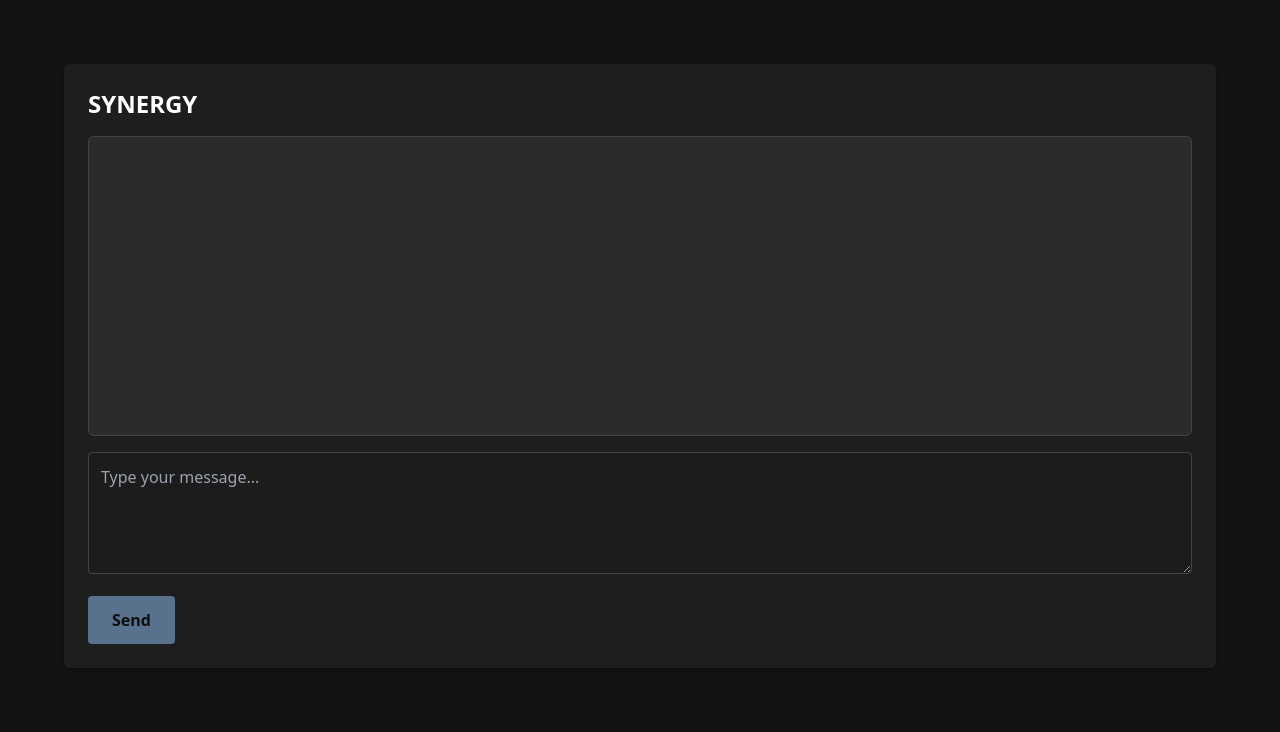
Repository: Theanh0410/Pre-thesis
Page: / (app in LLM/client/)
These files come from the project's save history. The page is drawn as it stood at one moment and after the next save; the edit follows.
The browser window is 1280 px wide. The pictures show the whole page.
The project was rebuilt for these pictures with package versions that can differ from the ones it lists, and the page was loaded fresh each time. The framework's server and built-in components were replaced by stand-ins that run in the browser. Also part of the build but not shown: LLM/client/next.config.js, LLM/client/next.config.mjs.

Above is the page before, as saved 2025-04-11 20:49:13.

After the next save:
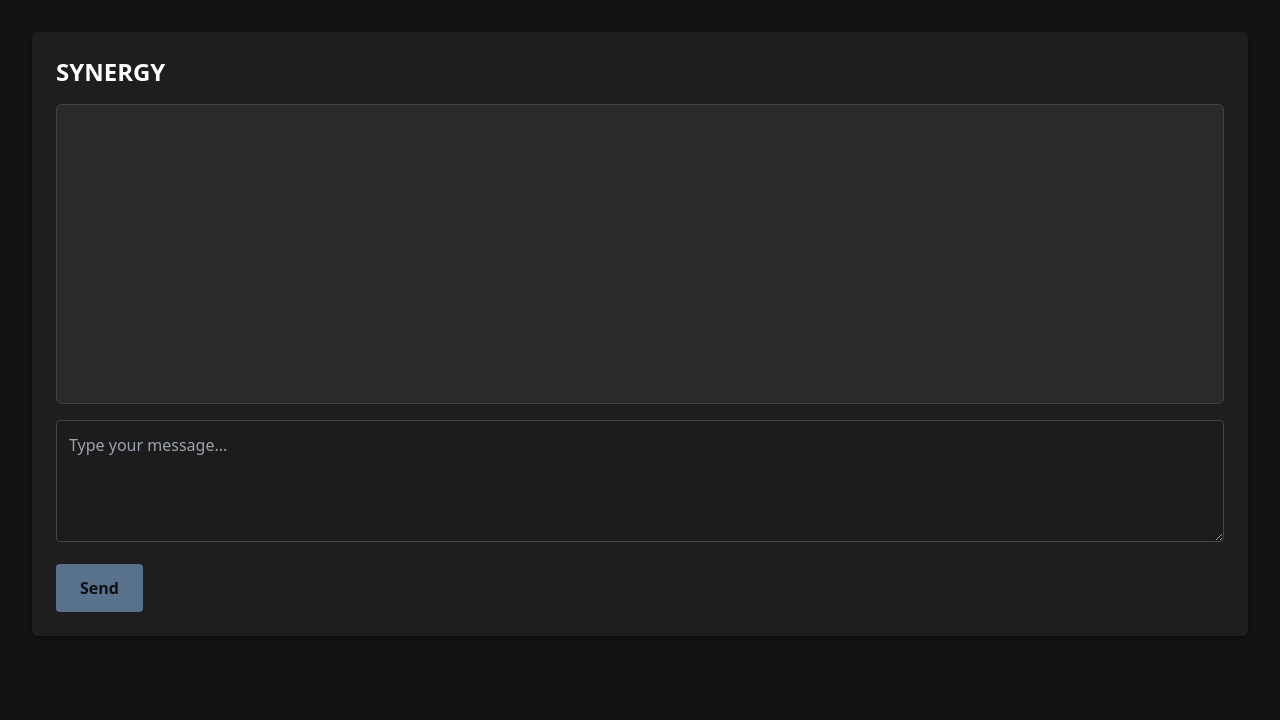
Saved 6 s later.
--- a/LLM/client/pages/index.js
+++ b/LLM/client/pages/index.js
@@ -50,7 +50,7 @@ export default function ChatApp() {
   };
 
   return (
-    <main className="min-h-screen p-16 bg-[#121212] text-[#e0e0e0] font-sans">
+    <main className="min-h-screen p-8 bg-[#121212] text-[#e0e0e0] font-sans">
       <div className="max-w-[1300px] mx-auto bg-[#1e1e1e] p-6 rounded-md shadow-md">
         <h1 className="text-2xl text-white mb-4 font-semibold">SYNERGY</h1>
 
